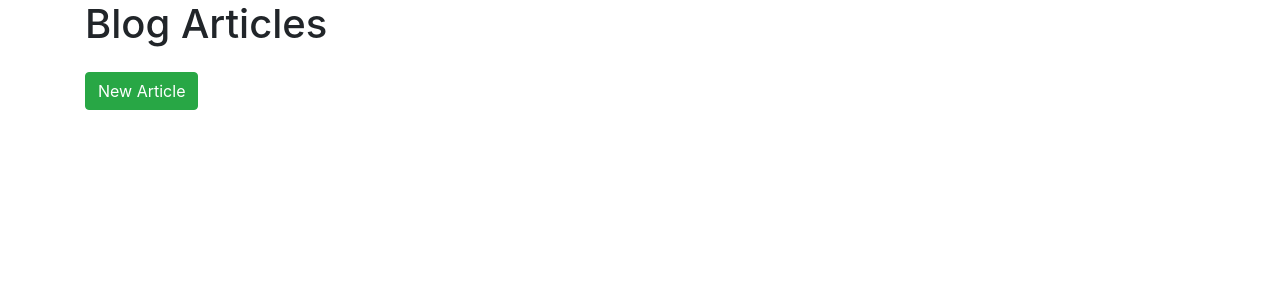
Repository: shivanand1988-28-06/townwarta
Page: http://localhost/
The author's editor kept a copy of each file at every save. The page is drawn from the files as they stood at one save, then again after the next save.
The browser window is 1280 px wide. The pictures show the whole page.
The page is served by the project's Node server (Townwarta.js). Queries for data that is not in the repository find no rows.

Above is the page before, as saved 2022-08-25 16:21:38.

After the next save:
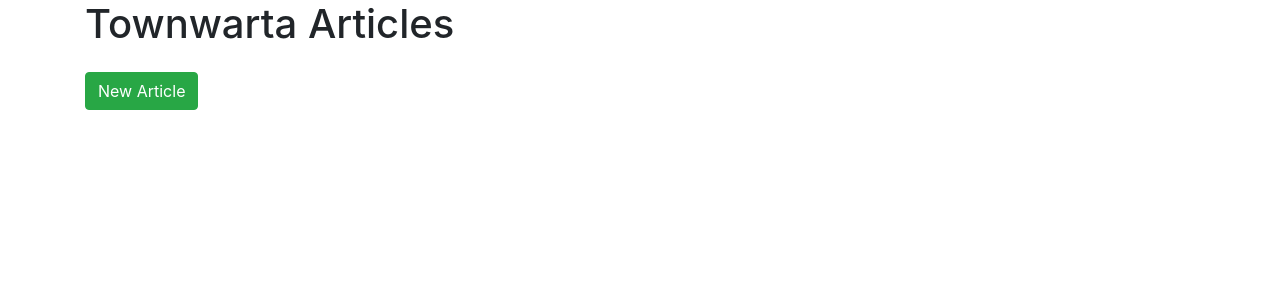
Saved 23 min 53 s later.
--- a/views/articles/index.ejs
+++ b/views/articles/index.ejs
@@ -9,7 +9,7 @@
 </head>
 <body>
   <div class="container">
-    <h1 class="mb-4">Blog Articles</h1>
+    <h1 class="mb-4">Townwarta Articles</h1>
     <a href="/articles/new" class="btn btn-success">New Article</a>
 
     <% articles.forEach(article => { %>
